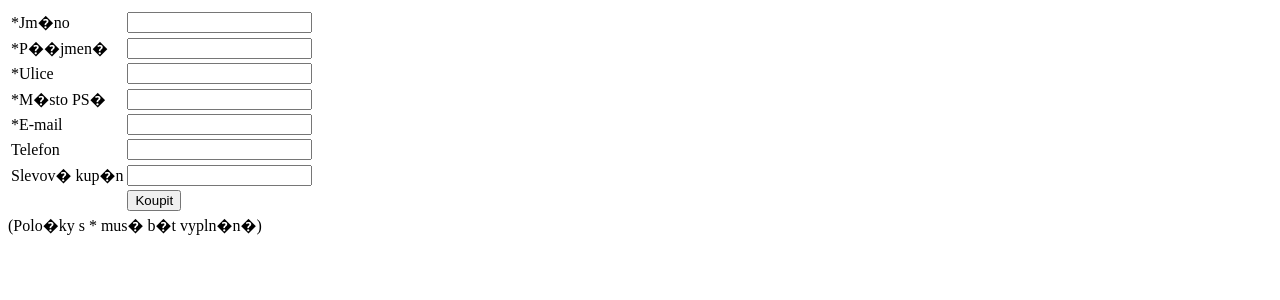
Repository: shadowroot/workspace
Page: http://localhost/
These files come from the project's save history. The page is drawn as it stood at one moment and after the next save; the edit follows.
The browser window is 1280 px wide. The pictures show the whole page.
The page is run by PHP 8.4 with error messages shown; the project is at /var/www/html/.

Above is the page before, as saved 2011-11-30 20:38:42.

### tommys_job/index.php
<!DOCTYPE html PUBLIC "-//W3C//DTD XHTML 1.0 Transitional//EN" "http://www.w3.org/TR/xhtml1/DTD/xhtml1-transitional.dtd">
<html>
	<head>
		<title>Title of the document</title>
	</head>
	<body>
	<div id="nadpis"></div>
	<div id="predmet"></div>
	<div id="info"></div>
	<div id="cena"></div>
	<div id="nova_cena"></div>

	<div id="div_form">
		<?php
			if(isset($_GET['error']) && $_GET['error'] == 1){
				echo '<div class="error">Nevyplnili jste správnì formuláø!</div>';
			}
		?>
		<form action="process.php" method="post">
			<table id="form">
				<tr class="form_col"><td>*Jméno</td><td><input type="text" size="20" name="jmeno" value="<?php if(isset($_GET['jmeno'])){echo $_GET['jmeno'];} ?>" /></td></tr>
				<tr class="form_col"><td>*Pøíjmení</td><td><input type="text" size="20" name="prijmeni" value="<?php if(isset($_GET['prijmeni'])){echo $_GET['prijmeni'];} ?>" /></td></tr>
				<tr class="form_col"><td>*Ulice</td><td><input type="text" size="20" name="ulice" value="<?php if(isset($_GET['ulice']))echo $_GET['ulice']; ?>" /></td></tr>
				<tr class="form_col"><td>*Mìsto PSÈ</td><td><input type="text" size="20" name="mesto" value="<?php if(isset($_GET['mesto']))echo $_GET['mesto']; ?>" /></td></tr>
				<tr class="form_col"><td>*E-mail</td><td><input type="text" size="20" name="email" value="<?php if(isset($_GET['email']))echo $_GET['email']; ?>" /></td></tr>
				<tr class="form_col"><td>Telefon</td><td><input type="text" size="20" name="telefon" value="<?php if(isset($_GET['tel']))echo $_GET['tel']; ?>" /></td></tr>
				<tr class="form_col"><td>Slevový kupón</td><td><input type="text" size="20" name="sleva" value="<?php if(isset($_GET['sleva']))echo $_GET['sleva']; ?>" /></td></tr>
				<tr><td></td><td><input type="submit" value="Koupit" /></td></tr>
			</table>
			<div id="minimal" >(Položky s * musí být vyplnìné)</div>
		</form>
	</div>
	</body>
</html>

After the next save:
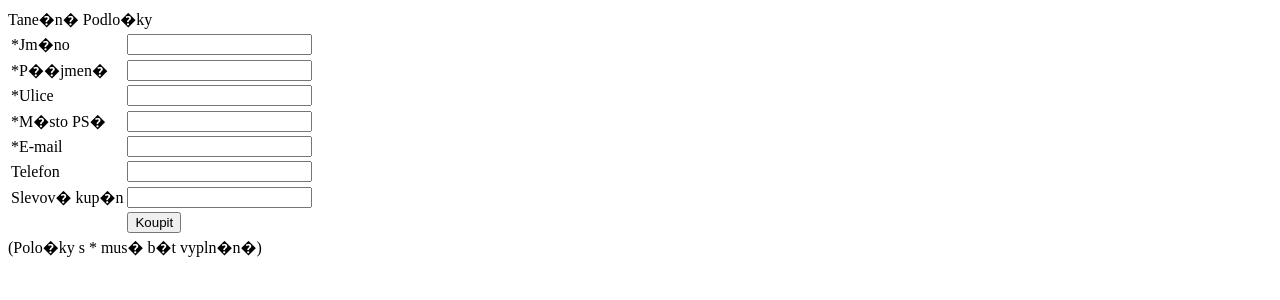
Saved 15 s later.
--- a/tommys_job/index.php
+++ b/tommys_job/index.php
@@ -4,7 +4,7 @@
 		<title>Title of the document</title>
 	</head>
 	<body>
-	<div id="nadpis"></div>
+	<div id="nadpis">Taneèní Podložky</div>
 	<div id="predmet"></div>
 	<div id="info"></div>
 	<div id="cena"></div>
